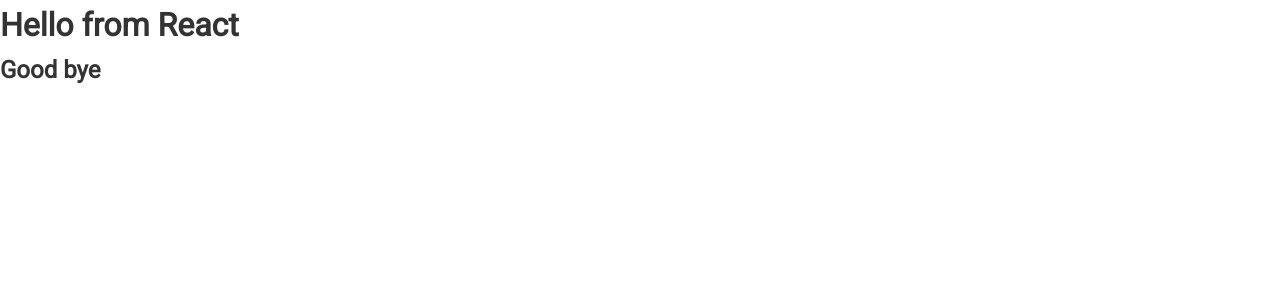
Repository: messimacky/github-finder
Page: /
An editor plug-in stored every save of this project. The page is shown before and after the next save, followed by the edit.
The browser window is 1280 px wide. The pictures show the whole page.
The project was rebuilt for these pictures with package versions that can differ from the ones it lists, and the page was loaded fresh each time.

Above is the page before, as saved 2022-02-20 16:34:54.

### public/index.html
<!DOCTYPE html>
<html lang="en">
  <head>
    <meta charset="utf-8" />
    <link rel="icon" href="%PUBLIC_URL%/favicon.ico" />
    <meta name="viewport" content="width=device-width, initial-scale=1" />
    <meta name="theme-color" content="#000000" />
    <meta
      name="description"
      content="Web site created using create-react-app"
    />
    <link rel="apple-touch-icon" href="%PUBLIC_URL%/logo192.png" />

    <link rel="manifest" href="%PUBLIC_URL%/manifest.json" />

    <title>React App</title>
  </head>
  <body>
    <noscript>You need to enable JavaScript to run this app.</noscript>
    <div id="root"></div>
  </body>
</html>

### src/App.js
import React, { Component, Fragment } from 'react';
import './App.css';

class App extends React.Component {

render(){
  return (
    <div className='App'>
    <h1> Hello from React</h1>
    <h2>Good bye</h2>
    </div>
  );
}


}

export default App;

Loaded but not shown: src/index.js (common file); src/App.css (common file)

After the next save:
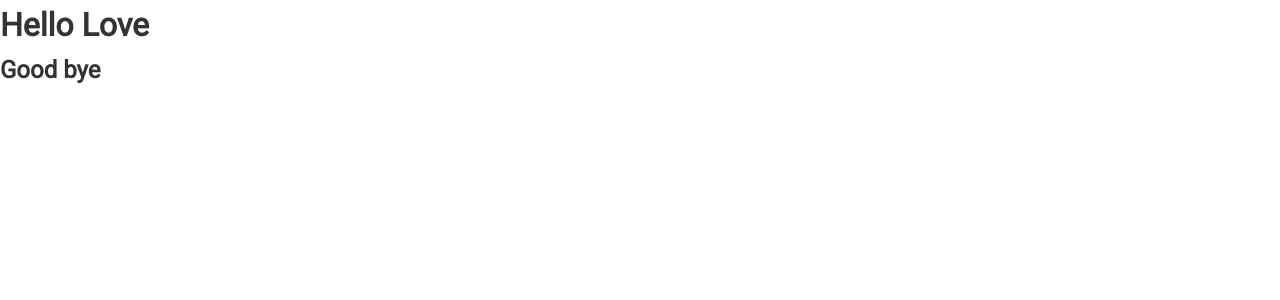
Saved 12 min 49 s later.
--- a/src/App.js
+++ b/src/App.js
@@ -4,9 +4,10 @@
 class App extends React.Component {
 
 render(){
+  const name = "Love";
   return (
     <div className='App'>
-    <h1> Hello from React</h1>
+    <h1> Hello {name}</h1>
     <h2>Good bye</h2>
     </div>
   );
